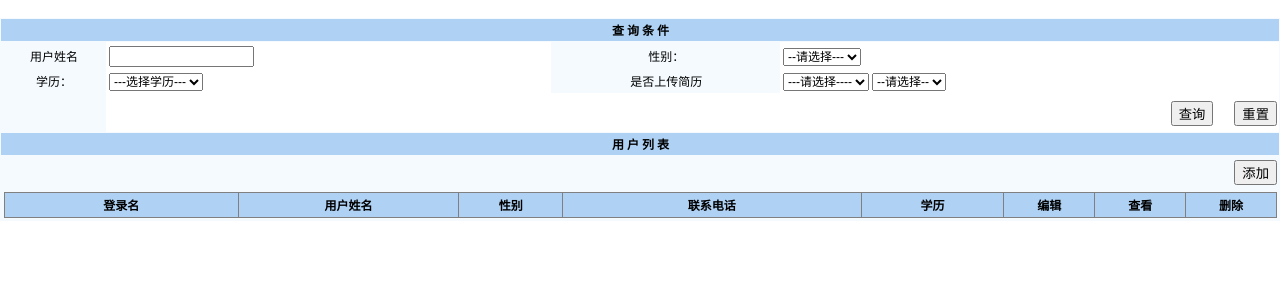
Repository: hermione-20/MyGitProjectRemote
Page: http://localhost/day28_01struts2final/user/list.jsp
An editor plug-in stored every save of this project. The page is shown before and after the next save, followed by the edit.
The browser window is 1280 px wide. The pictures show the whole page.
The page is served by Tomcat 9.

Above is the page before, as saved 2020-05-15 09:10:34.

After the next save:
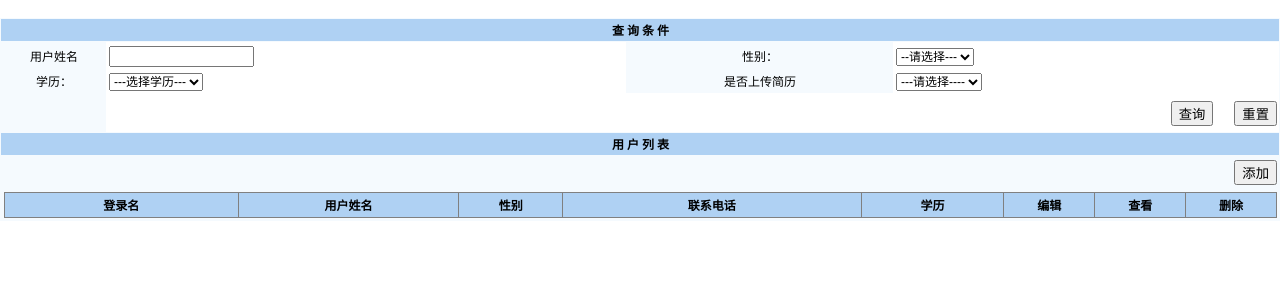
Saved 85 s later.
--- a/day28_01struts2final/WebContent/user/list.jsp
+++ b/day28_01struts2final/WebContent/user/list.jsp
@@ -52,15 +52,6 @@
 									</td>
 									<td class="ta_01" bgColor="#ffffff">
 									<s:select list="#{'true':'有','false':'无' }" name="isUpload" headerKey="" headerValue="---请选择----"></s:select>
-
-										<select name="isUpload" id="isUpload">
-										    <option value="">--请选择--</option>
-										    <option value="1">有</option>
-										    <option value="2">无</option>
-
-
-										</select>
-
 									</td>
 								</tr>
 								<tr>
